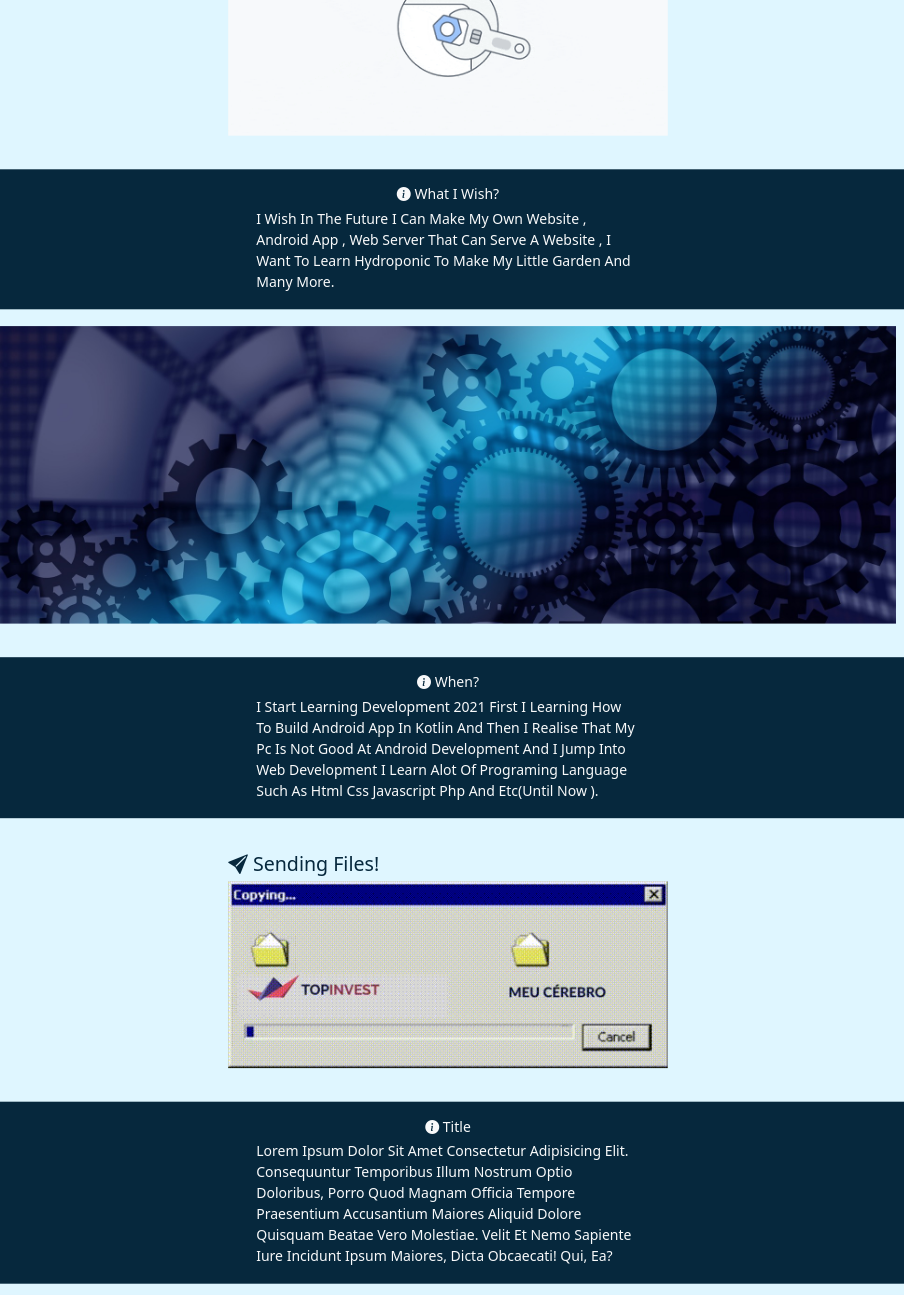
Repository: initer3737/initer3737.github.io
Page: index.html
These files come from the project's save history. The page is drawn as it stood at one moment and after the next save; the edit follows.
The browser window is 1280 px wide. The page is 1292 px wide, so the pictures cover 1292 px, including what lies to the right of the window. The pictures show the part of the page from y = 2497 to 4377 px (the page is 4347 px tall before and 4377 px after), at 70% of full size.
Some web libraries are served in a nearby version.

Above is the page before, as saved 2022-06-12 23:11:53.
Console error: TypeError: Cannot set properties of null (setting 'innerHTML')

After the next save:
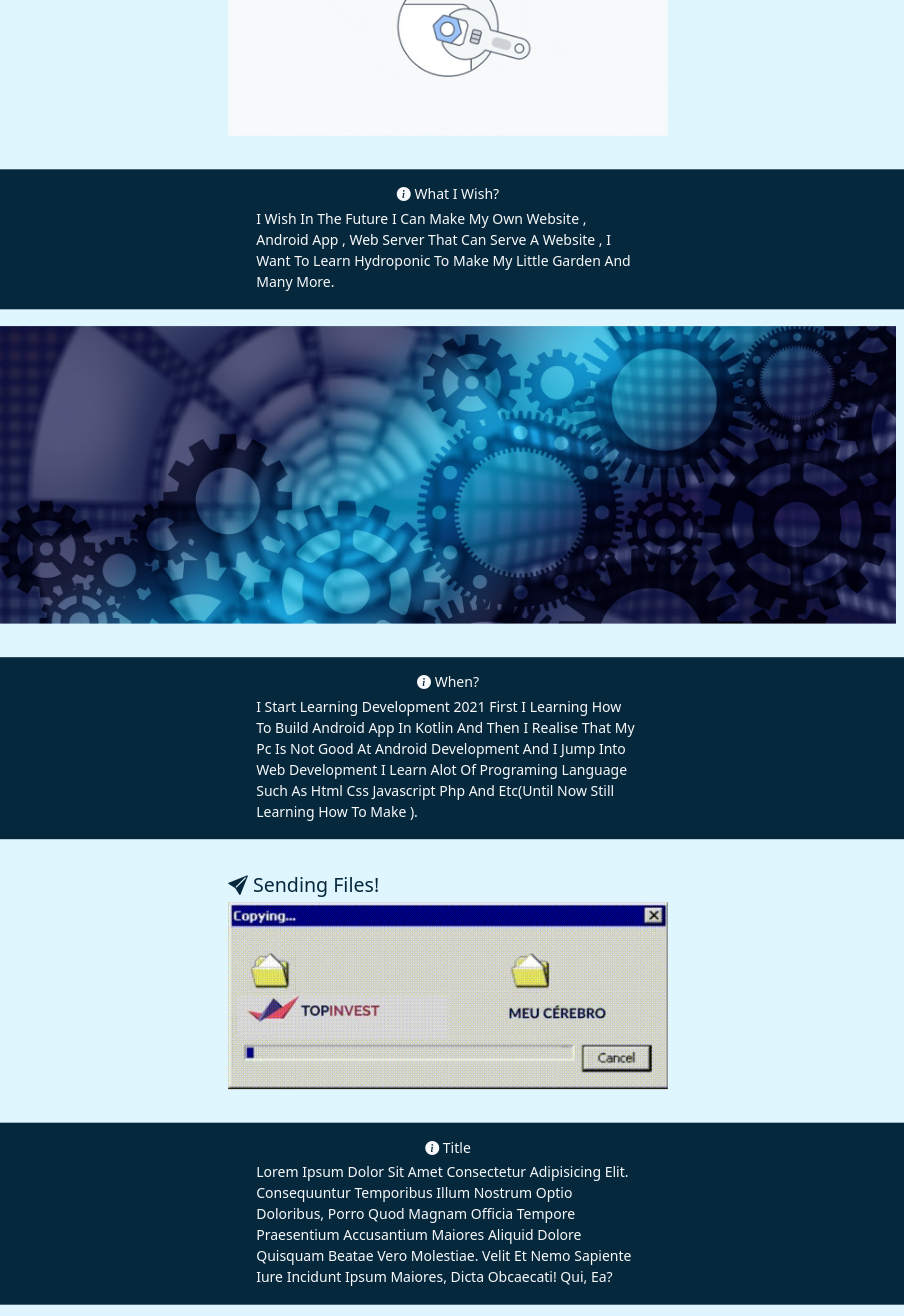
Saved 7 s later.
--- a/index.html
+++ b/index.html
@@ -116,7 +116,7 @@
             <div class="text-center "><h5><i class="bi bi-info-circle-fill"></i> when?</h5></div>
             <div class="text-start fs-5 px-5 col-12 col-md-6 m-auto">
                i start learning development 2021 first i learning how to build android app in kotlin
-               and then i realise that my pc is not good at android development and i jump into web development i learn alot of programing language such as html css javascript php  and etc(until now ).
+               and then i realise that my pc is not good at android development and i jump into web development i learn alot of programing language such as html css javascript php  and etc(until now still learning how to make ).
             </div>
           </div>
            <div class="col-6 mt-5 m-auto">
